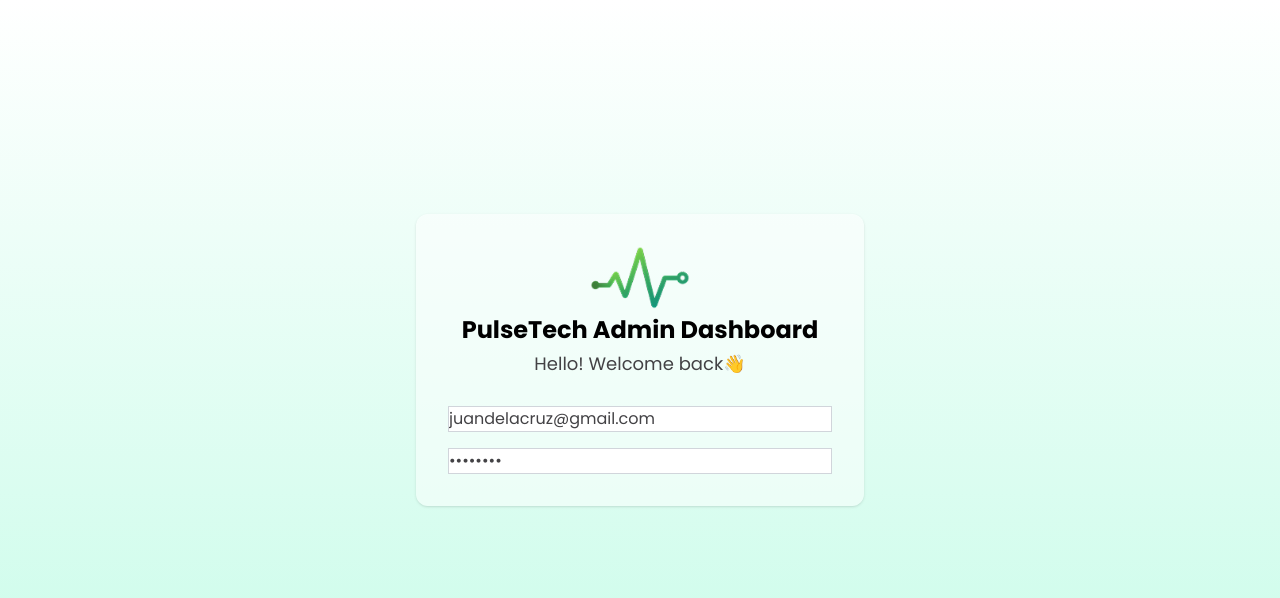
Repository: ShyrineJardin/pulse_admin
Page: /
The author's editor kept a copy of each file at every save. The page is drawn from the files as they stood at one save, then again after the next save.
The browser window is 1280 px wide. The pictures show the whole page.
The project was rebuilt for these pictures with package versions that can differ from the ones it lists, and the page was loaded fresh each time.

Above is the page before, as saved 2026-03-25 10:55:46.

After the next save:
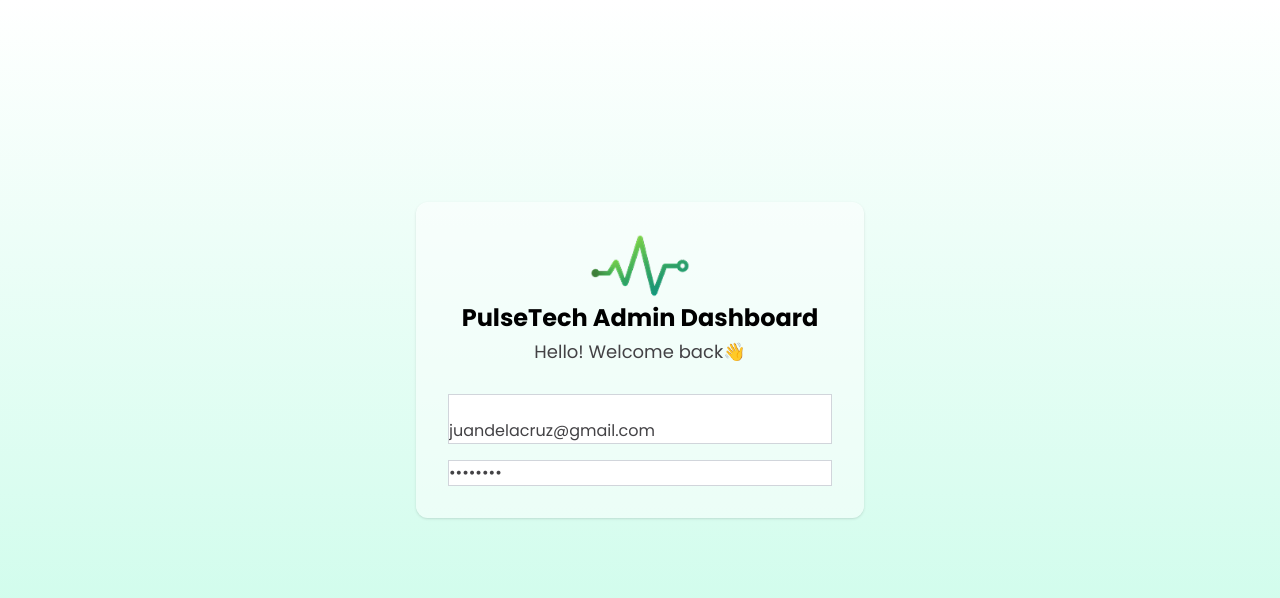
Saved 4 s later.
--- a/src/components/Login.jsx
+++ b/src/components/Login.jsx
@@ -11,7 +11,7 @@
 
                 <form action="">
                     <div className="flex flex-col gap-4 mt-6">
-                        <input type="email" placeholder="juandelacruz@gmail.com" className="bg-#F6F6F6 pt- placeholder:text-subtext border border-gray-300 focus:outline-none focus:ring-2 focus:ring-primary" />
+                        <input type="email" placeholder="juandelacruz@gmail.com" className="bg-#F6F6F6 pt-6 placeholder:text-subtext border border-gray-300 focus:outline-none focus:ring-2 focus:ring-primary" />
                         <input type="password" placeholder="••••••••" className="bg-#F6F6F6 placeholder:text-subtext border border-gray-300 focus:outline-none focus:ring-2 focus:ring-primary" />
                     </div>
                 </form>
